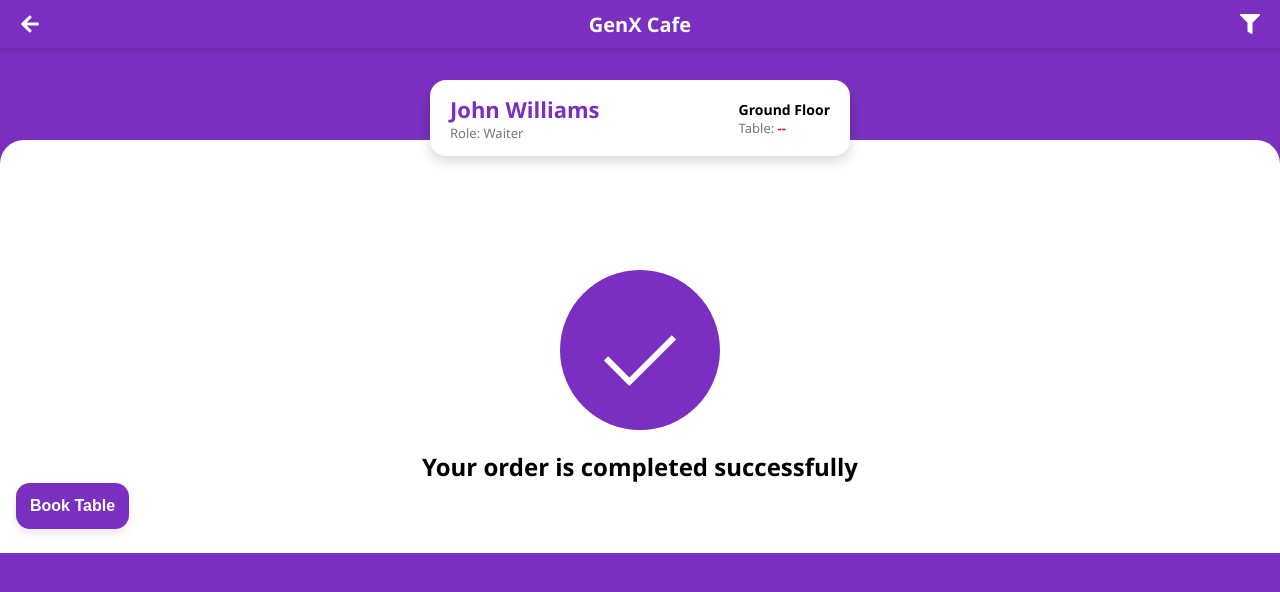
Repository: rajeshwaranslv/sturdy-spork-genx-frontend
Page: /success
An editor plug-in stored every save of this project. The page is shown before and after the next save, followed by the edit.
The browser window is 1280 px wide. The pictures show the whole page.
The project was rebuilt for these pictures with package versions that can differ from the ones it lists, and the page was loaded fresh each time. Also part of the build but not shown: src/components/TableSelection.js, src/components/menu.css, src/components/MenuSelection.js, src/components/order.css, src/components/OrderReview.js, src/components/Billing.js.

Above is the page before, as saved 2025-07-16 17:41:27.

After the next save:
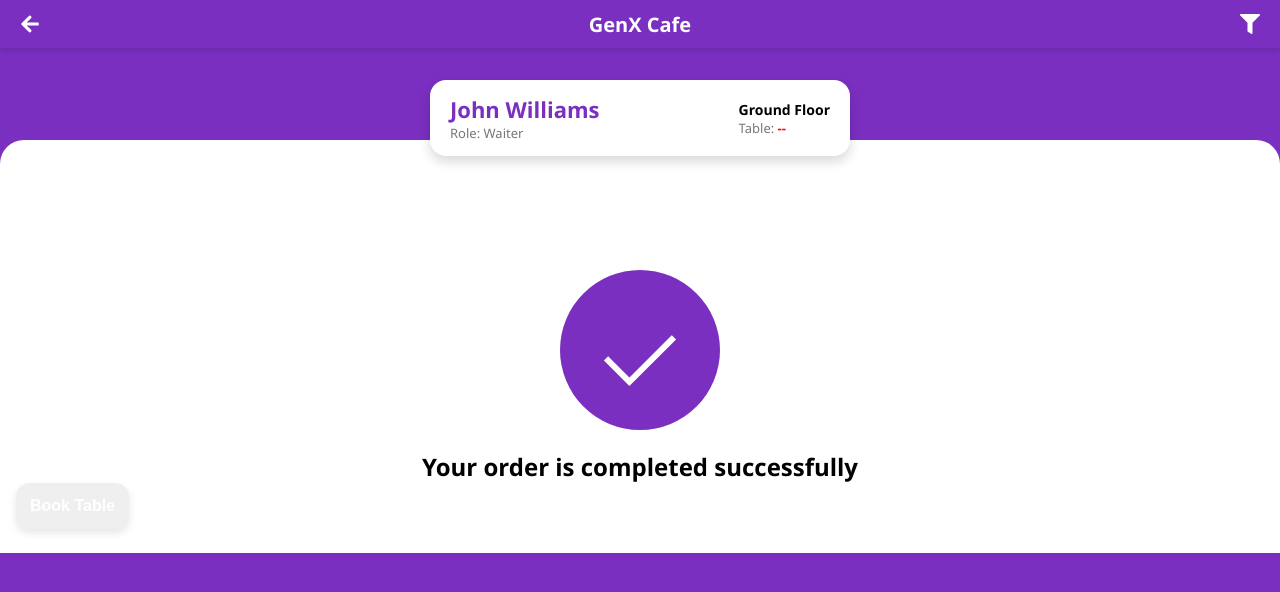
Saved 11 s later.
--- a/src/components/success.css
+++ b/src/components/success.css
@@ -97,6 +97,7 @@
   padding: 14px;
   font-size: 16px;
   font-weight: bold;
+  mar
   background-color: #7a2fc0;
   color: white;
   border: none;

After the save that followed:
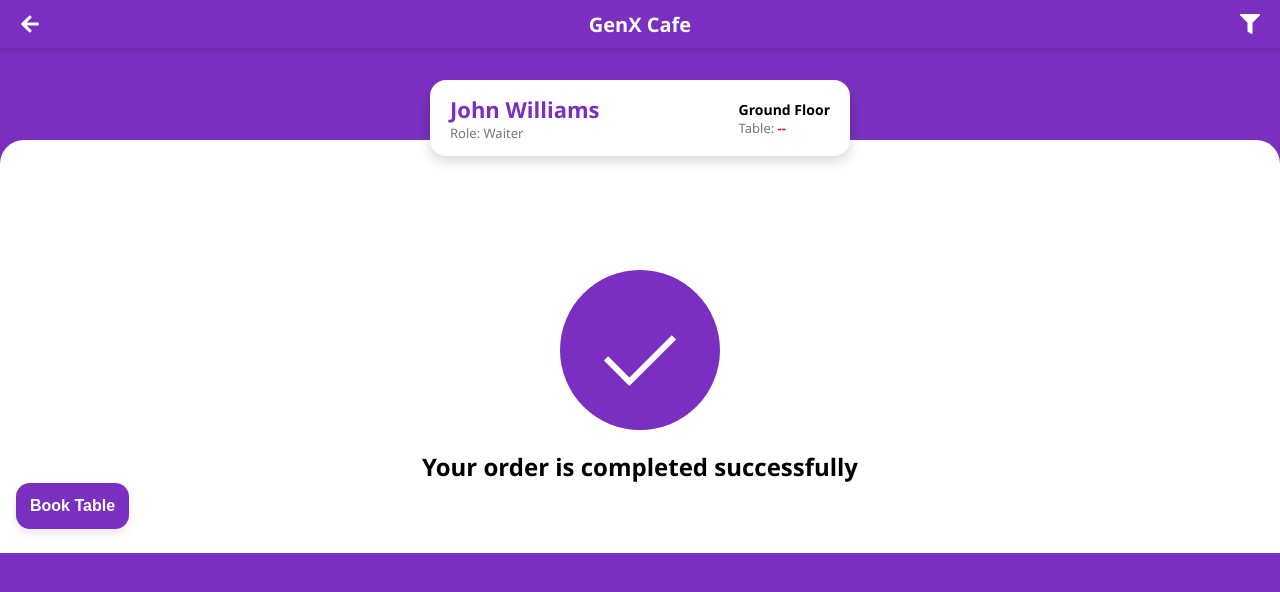
Saved 4 s later.
--- a/src/components/success.css
+++ b/src/components/success.css
@@ -97,7 +97,7 @@
   padding: 14px;
   font-size: 16px;
   font-weight: bold;
-  mar
+  margin: ;
   background-color: #7a2fc0;
   color: white;
   border: none;
